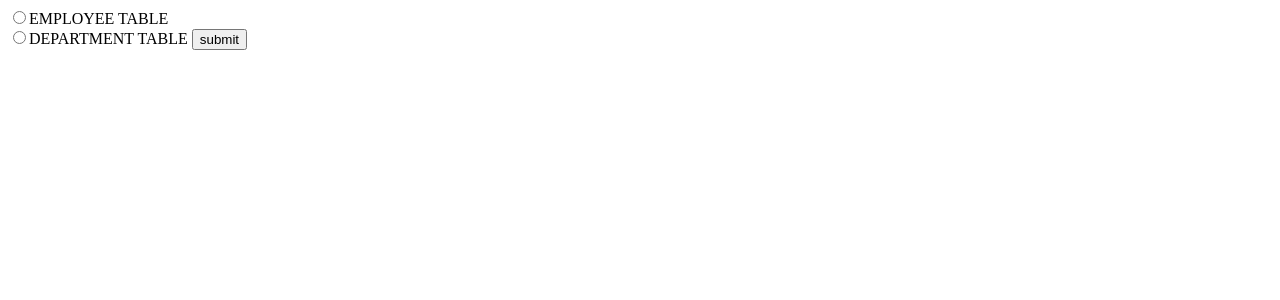
Repository: RanaRanvijaySingh/backup_projects
Page: http://localhost/ServletANDHibernate/MainPage.jsp
The author's editor kept a copy of each file at every save. The page is drawn from the files as they stood at one save, then again after a run of saves.
The browser window is 1280 px wide. The pictures show the whole page.
The page is served by Tomcat 9. Nobody is signed in. The application's start-up code is not run.

Above is the page before, as saved 2013-07-12 17:03:40.

After the next 2 saves:
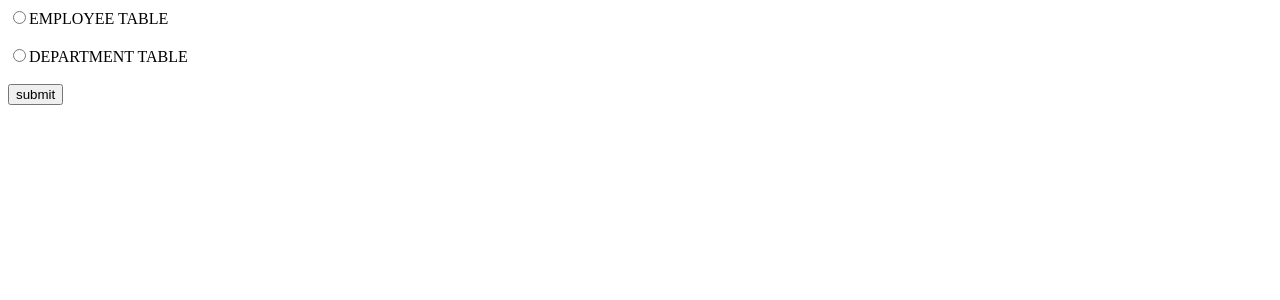
The 2 saves are shown as one change because they came seconds apart.
The last was saved 42 s later.
--- a/workspace-sts/ServletANDHibernate/WebContent/MainPage.jsp
+++ b/workspace-sts/ServletANDHibernate/WebContent/MainPage.jsp
@@ -10,8 +10,8 @@
 
 <form action="MainServlet">
 <input type="radio" name="employee" value="employee">EMPLOYEE TABLE<br>
-<input type="radio" name="department" value="demartment">DEPARTMENT TABLE
-<input type="submit" value="submit" name = "submit">
+<br><input type="radio" name="department" value="demartment">DEPARTMENT TABLE
+<br><br><input type="submit" value="submit" name = "submit">
 </form>
 
 </body>
